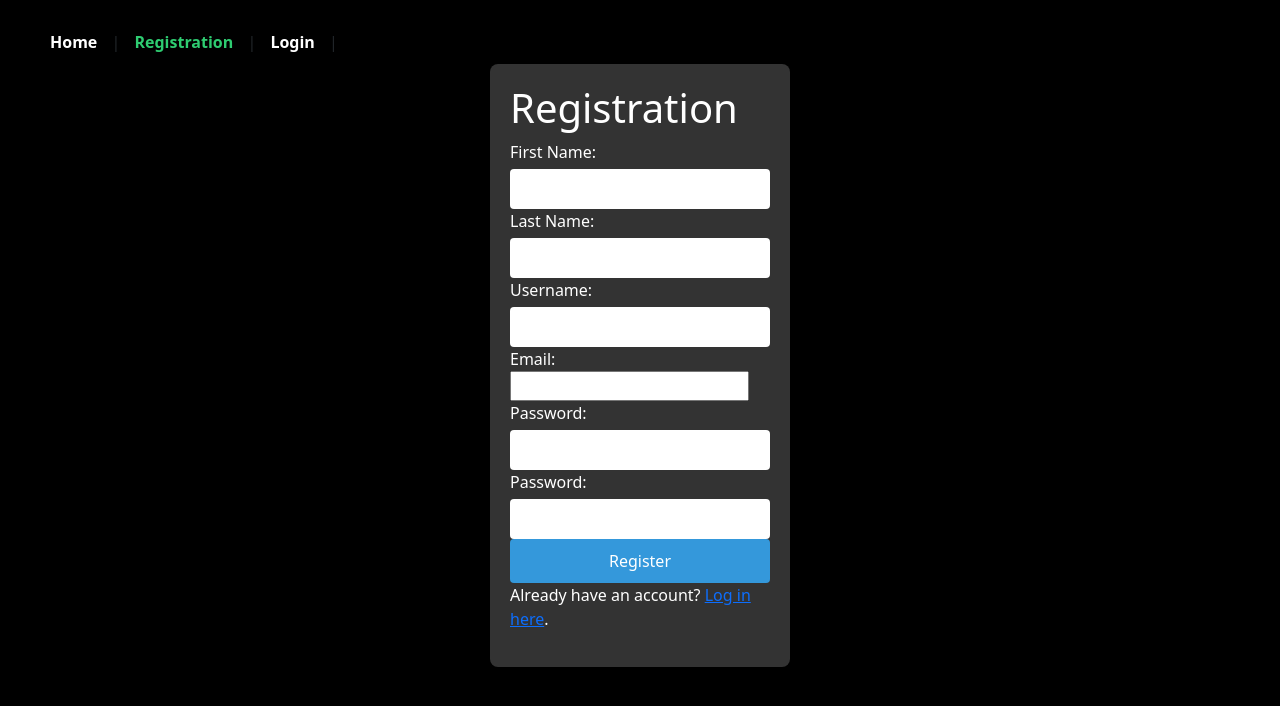
Repository: ag1372/RutgersHealthHackathon
Page: /registration (app in ruhealthhack/)
An editor plug-in stored every save of this project. The page is shown before and after the next save, followed by the edit.
The browser window is 1280 px wide. The pictures show the whole page.
The project was rebuilt for these pictures with package versions that can differ from the ones it lists, and the page was loaded fresh each time. Also part of the build but not shown: ruhealthhack/vue.config.js, ruhealthhack/views/Home.vue, ruhealthhack/views/Login.vue.

Above is the page before, as saved 2023-11-04 17:30:42.

After the next save:
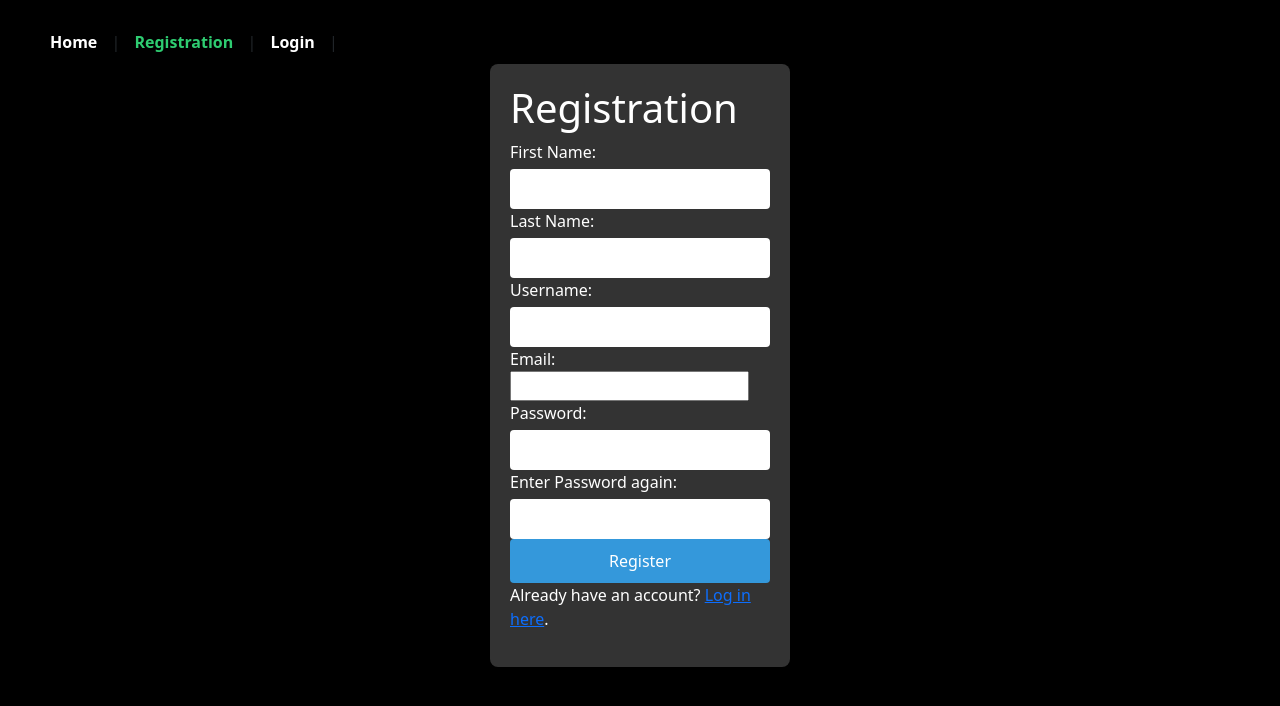
Saved 6 s later.
--- a/ruhealthhack/views/Registration.vue
+++ b/ruhealthhack/views/Registration.vue
@@ -23,7 +23,7 @@
           <input id="password" class="registration-input" type="password" required>
         </div>
         <div>
-          <label for="password">Password:</label>
+          <label for="password">Enter Password again:</label>
           <input id="password" class="registration-input" type="password" required>
         </div>
         <button type="submit" class="registration-button">Register</button>
